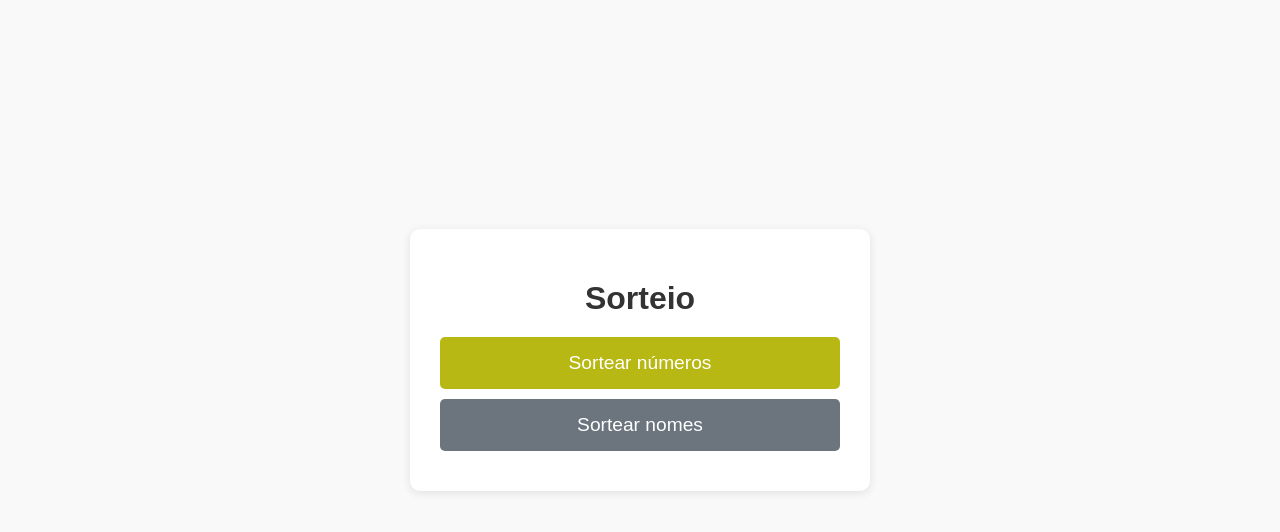
Repository: Matheus904-12/sorte
Page: index.html
An editor plug-in stored every save of this project. The page is shown before and after a run of saves, followed by the edit.
The browser window is 1280 px wide. The pictures show the whole page.
The pointer rests on the first visible `.options a`.

Above is the page before, as saved 2023-09-10 19:21:19.

After the next 3 saves:
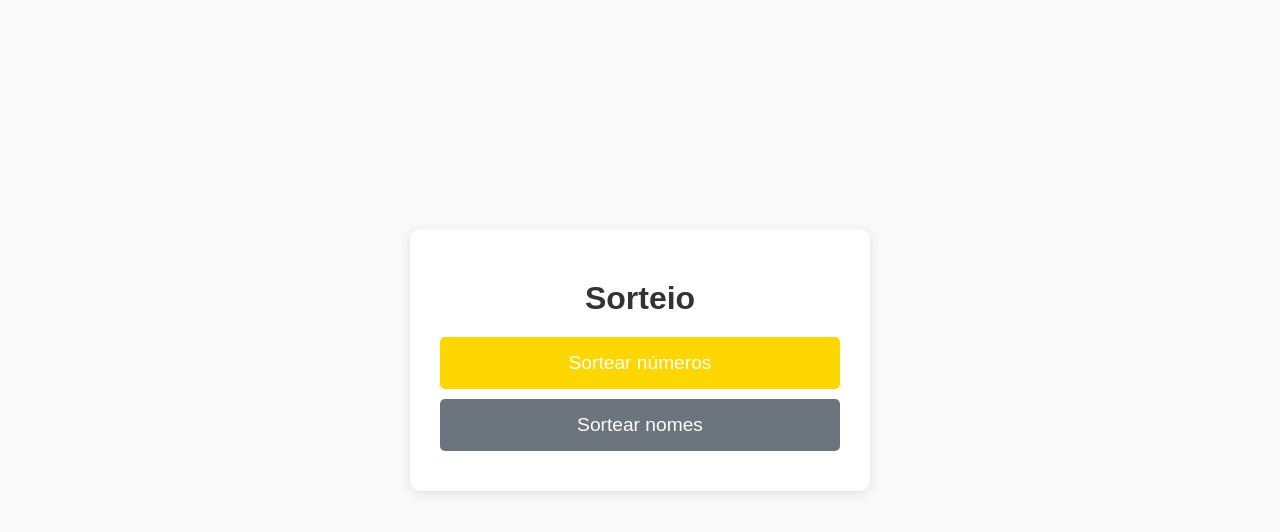
The 3 saves are shown as one change because they came seconds apart.
The last was saved 34 s later.
--- a/style.css
+++ b/style.css
@@ -37,7 +37,7 @@ h1 {
 }
 
 .options a:hover {
-  background-color: #b8b814;
+  background-color: #ffd700;
 }
 
 .options a:last-child {
